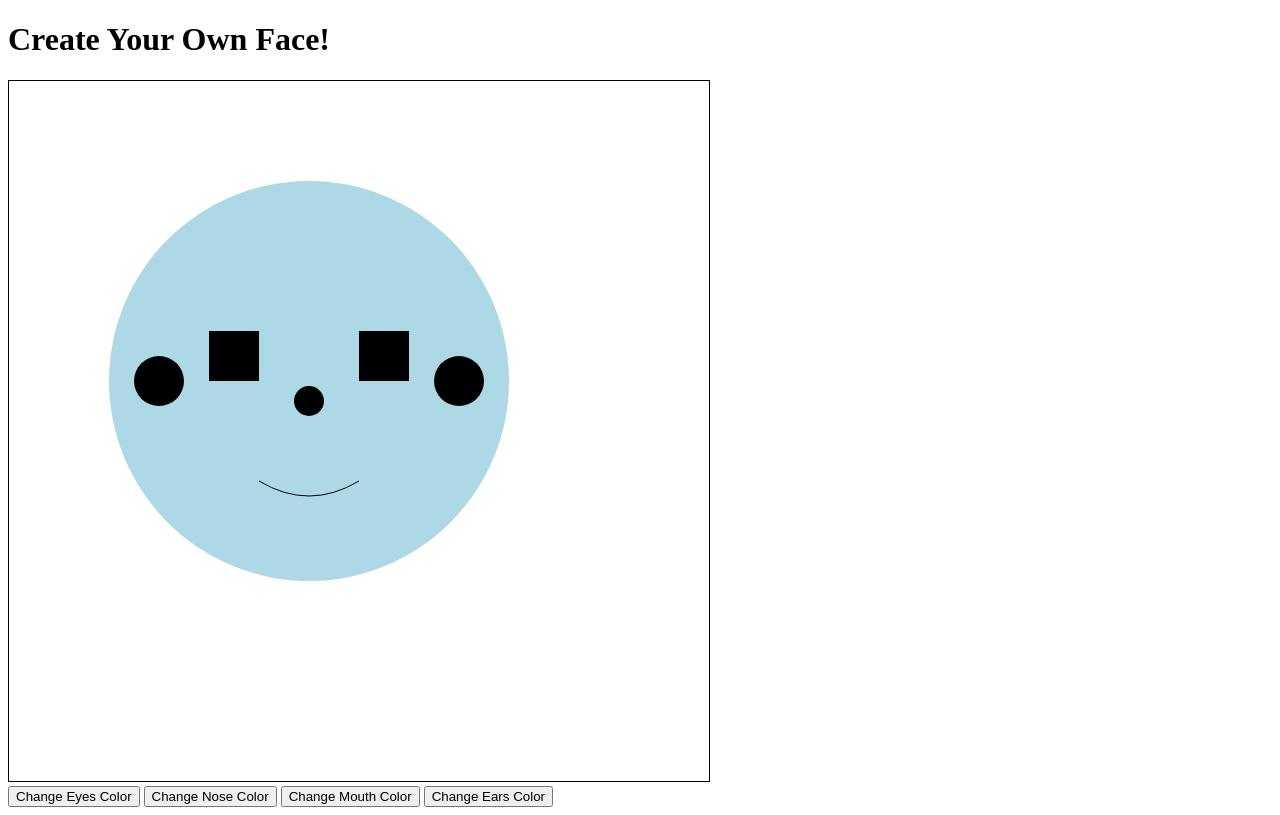
Repository: Chaimaa482/web2-tp1
Page: Tp1_1.html
These files come from the project's save history. The page is drawn as it stood at one moment and after the next save; the edit follows.
The browser window is 1280 px wide. The pictures show the whole page.

Above is the page before, as saved 2024-02-20 20:26:02.

After the next save:
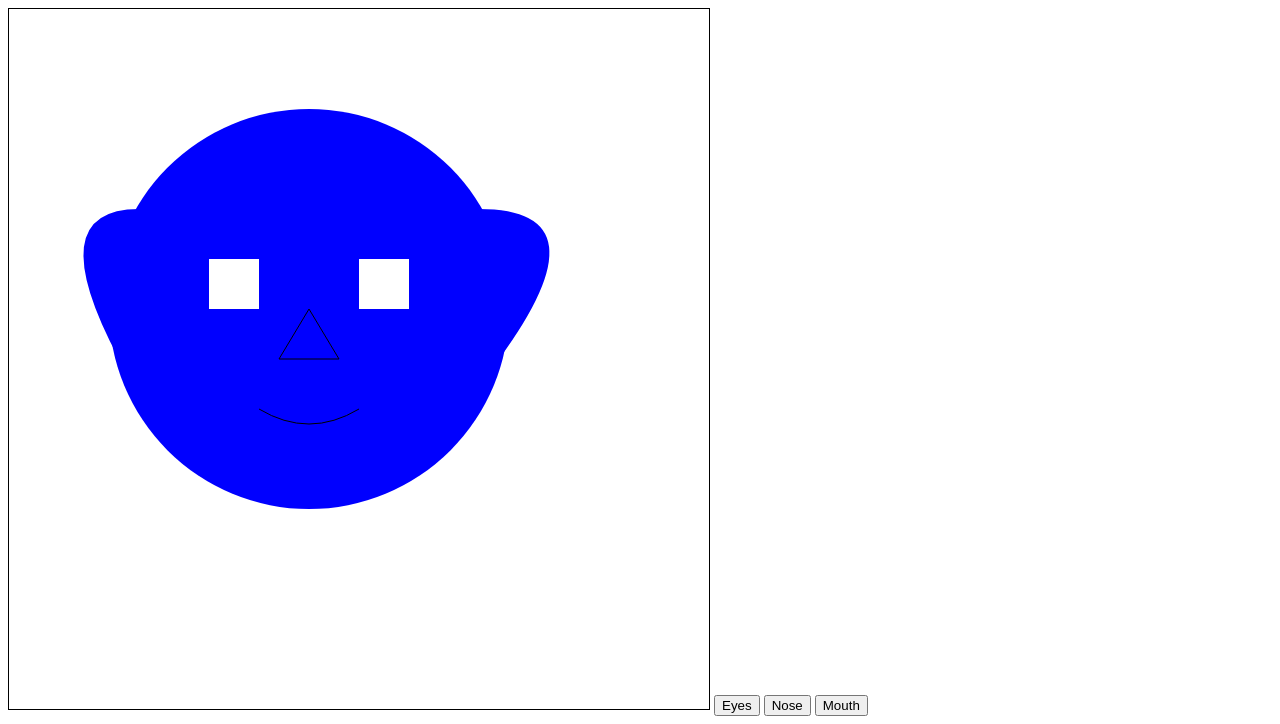
Saved 10 s later.
--- a/Tp1_1.html
+++ b/Tp1_1.html
@@ -3,95 +3,69 @@
 <head>
     <meta charset="UTF-8">
     <meta name="viewport" content="width=device-width, initial-scale=1.0">
-    <title>Custom Face Drawing</title>
+    <title>Face Drawing</title>
 </head>
 <body>
-    <h1>Create Your Own Face!</h1>
     <canvas id="myCanvas" width="700px" height="700px" style="border: 1px solid;"></canvas>
-    <br>
-    <button id="eyesButton">Change Eyes Color</button>
-    <button id="noseButton">Change Nose Color</button>
-    <button id="mouthButton">Change Mouth Color</button>
-    <button id="earsButton">Change Ears Color</button>
-
+    <button id="eyesButton">Eyes</button>
+    <button id="noseButton">Nose</button>
+    <button id="mouth">Mouth</button>
     <script>
         var canvas = document.getElementById("myCanvas");
         var ctx = canvas.getContext("2d");
 
-        // Initial face drawing
-        drawFace();
+        ctx.fillStyle = "blue";
+        ctx.beginPath();
+        ctx.arc(300, 300, 200, 0, Math.PI);
+        ctx.arc(300, 300, 200, Math.PI, 2 * Math.PI);
+        ctx.fill();
+        ctx.fillStyle = "blue";
+        ctx.beginPath();
+        ctx.moveTo(110, 350);
+        ctx.quadraticCurveTo(30, 200, 130, 200);
+        ctx.moveTo(490, 350);
+        ctx.quadraticCurveTo(600, 200, 470, 200);
+        ctx.fill();
+        ctx.fillStyle = "white";
+        ctx.fillRect(200, 250, 50, 50);
+        ctx.fillRect(350, 250, 50, 50);
 
-        function drawFace() {
-            ctx.clearRect(0, 0, canvas.width, canvas.height);
+        ctx.beginPath();
+        ctx.moveTo(300, 300);
+        ctx.lineTo(330, 350);
+        ctx.lineTo(270, 350);
+        ctx.closePath();
+        ctx.stroke();
 
-            // Draw face outline
-            ctx.fillStyle = "#add8e6"; // Light blue
-            ctx.beginPath();
-            ctx.arc(300, 300, 200, 0, Math.PI * 2);
-            ctx.fill();
+        ctx.beginPath();
+        ctx.moveTo(250, 400);
+        ctx.quadraticCurveTo(300, 430, 350, 400);
+        ctx.stroke();
 
-            // Draw eyes
+        document.getElementById("eyesButton").addEventListener("click", function() {
             ctx.fillStyle = "black";
-            ctx.fillRect(200, 250, 50, 50);
-            ctx.fillRect(350, 250, 50, 50);
-
-            // Draw nose
-            ctx.fillStyle = "black";
-            ctx.beginPath();
-            ctx.arc(300, 320, 15, 0, Math.PI * 2);
-            ctx.fill();
-
-            // Draw mouth
-            ctx.strokeStyle = "black";
-            ctx.beginPath();
-            ctx.moveTo(250, 400);
-            ctx.quadraticCurveTo(300, 430, 350, 400);
-            ctx.stroke();
-
-            // Draw ears
-            ctx.fillStyle = "black";
-            ctx.beginPath();
-            ctx.arc(150, 300, 25, 0, Math.PI * 2);
-            ctx.fill();
-            ctx.beginPath();
-            ctx.arc(450, 300, 25, 0, Math.PI * 2);
-            ctx.fill();
-        }
-
-        // Event listeners for button clicks
-        document.getElementById("eyesButton").addEventListener("click", function () {
-            // Change eye color to green
-            ctx.fillStyle = "green";
             ctx.fillRect(200, 250, 50, 50);
             ctx.fillRect(350, 250, 50, 50);
         });
 
-        document.getElementById("noseButton").addEventListener("click", function () {
-            // Change nose color to red
-            ctx.fillStyle = "red";
+        document.getElementById("noseButton").addEventListener("click", function() {
+            ctx.fillStyle = "black";
             ctx.beginPath();
-            ctx.arc(300, 320, 15, 0, Math.PI * 2);
-            ctx.fill();
+        ctx.moveTo(300, 300);
+        ctx.lineTo(330, 350);
+        ctx.lineTo(270, 350);
+        ctx.fill();
+        ctx.stroke();
+
         });
 
-        document.getElementById("mouthButton").addEventListener("click", function () {
-            // Change mouth color to purple
-            ctx.strokeStyle = "purple";
+        document.getElementById("mouth").addEventListener("click", function() {
+            ctx.fillStyle = "red";
             ctx.beginPath();
             ctx.moveTo(250, 400);
             ctx.quadraticCurveTo(300, 430, 350, 400);
+            ctx.fill();
             ctx.stroke();
-        });
-
-        document.getElementById("earsButton").addEventListener("click", function () {
-            // Change ear color to gray
-            ctx.fillStyle = "gray";
-            ctx.beginPath();
-            ctx.arc(150, 300, 25, 0, Math.PI * 2);
-            ctx.fill();
-            ctx.beginPath();
-            ctx.arc(450, 300, 25, 0, Math.PI * 2);
-            ctx.fill();
         });
     </script>
 </body>

After the save that followed:
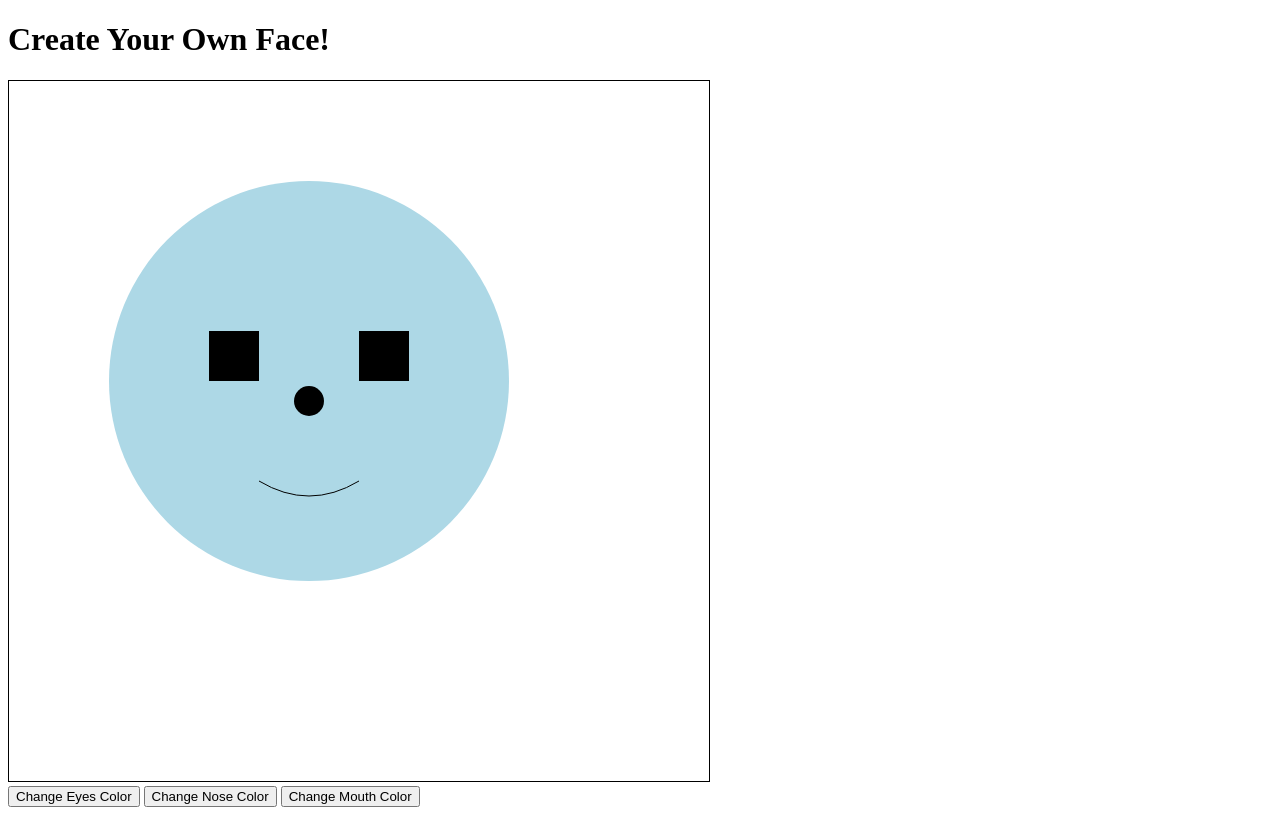
Saved 56 s later.
--- a/Tp1_1.html
+++ b/Tp1_1.html
@@ -3,68 +3,73 @@
 <head>
     <meta charset="UTF-8">
     <meta name="viewport" content="width=device-width, initial-scale=1.0">
-    <title>Face Drawing</title>
+    <title>Custom Face Drawing</title>
 </head>
 <body>
+    <h1>Create Your Own Face!</h1>
     <canvas id="myCanvas" width="700px" height="700px" style="border: 1px solid;"></canvas>
-    <button id="eyesButton">Eyes</button>
-    <button id="noseButton">Nose</button>
-    <button id="mouth">Mouth</button>
+    <br>
+    <button id="eyesButton">Change Eyes Color</button>
+    <button id="noseButton">Change Nose Color</button>
+    <button id="mouthButton">Change Mouth Color</button>
+
     <script>
         var canvas = document.getElementById("myCanvas");
         var ctx = canvas.getContext("2d");
 
-        ctx.fillStyle = "blue";
-        ctx.beginPath();
-        ctx.arc(300, 300, 200, 0, Math.PI);
-        ctx.arc(300, 300, 200, Math.PI, 2 * Math.PI);
-        ctx.fill();
-        ctx.fillStyle = "blue";
-        ctx.beginPath();
-        ctx.moveTo(110, 350);
-        ctx.quadraticCurveTo(30, 200, 130, 200);
-        ctx.moveTo(490, 350);
-        ctx.quadraticCurveTo(600, 200, 470, 200);
-        ctx.fill();
-        ctx.fillStyle = "white";
-        ctx.fillRect(200, 250, 50, 50);
-        ctx.fillRect(350, 250, 50, 50);
+        // Initial face drawing
+        drawFace();
 
-        ctx.beginPath();
-        ctx.moveTo(300, 300);
-        ctx.lineTo(330, 350);
-        ctx.lineTo(270, 350);
-        ctx.closePath();
-        ctx.stroke();
+        function drawFace() {
+            ctx.clearRect(0, 0, canvas.width, canvas.height);
 
-        ctx.beginPath();
-        ctx.moveTo(250, 400);
-        ctx.quadraticCurveTo(300, 430, 350, 400);
-        ctx.stroke();
+            // Draw face outline
+            ctx.fillStyle = "#add8e6"; // Light blue
+            ctx.beginPath();
+            ctx.arc(300, 300, 200, 0, Math.PI * 2);
+            ctx.fill();
 
-        document.getElementById("eyesButton").addEventListener("click", function() {
+            // Draw eyes
             ctx.fillStyle = "black";
+            ctx.fillRect(200, 250, 50, 50);
+            ctx.fillRect(350, 250, 50, 50);
+
+            // Draw nose
+            ctx.fillStyle = "black";
+            ctx.beginPath();
+            ctx.arc(300, 320, 15, 0, Math.PI * 2);
+            ctx.fill();
+
+            // Draw mouth
+            ctx.strokeStyle = "black";
+            ctx.beginPath();
+            ctx.moveTo(250, 400);
+            ctx.quadraticCurveTo(300, 430, 350, 400);
+            ctx.stroke();
+        }
+
+        // Event listeners for button clicks
+        document.getElementById("eyesButton").addEventListener("click", function () {
+            // Change eye color to green
+            ctx.fillStyle = "green";
             ctx.fillRect(200, 250, 50, 50);
             ctx.fillRect(350, 250, 50, 50);
         });
 
-        document.getElementById("noseButton").addEventListener("click", function() {
-            ctx.fillStyle = "black";
+        document.getElementById("noseButton").addEventListener("click", function () {
+            // Change nose color to red
+            ctx.fillStyle = "red";
             ctx.beginPath();
-        ctx.moveTo(300, 300);
-        ctx.lineTo(330, 350);
-        ctx.lineTo(270, 350);
-        ctx.fill();
-        ctx.stroke();
-
+            ctx.arc(300, 320, 15, 0, Math.PI * 2);
+            ctx.fill();
         });
 
-        document.getElementById("mouth").addEventListener("click", function() {
-            ctx.fillStyle = "red";
+        document.getElementById("mouthButton").addEventListener("click", function () {
+            // Change mouth color to purple
+            ctx.strokeStyle = "purple";
             ctx.beginPath();
             ctx.moveTo(250, 400);
             ctx.quadraticCurveTo(300, 430, 350, 400);
-            ctx.fill();
             ctx.stroke();
         });
     </script>
